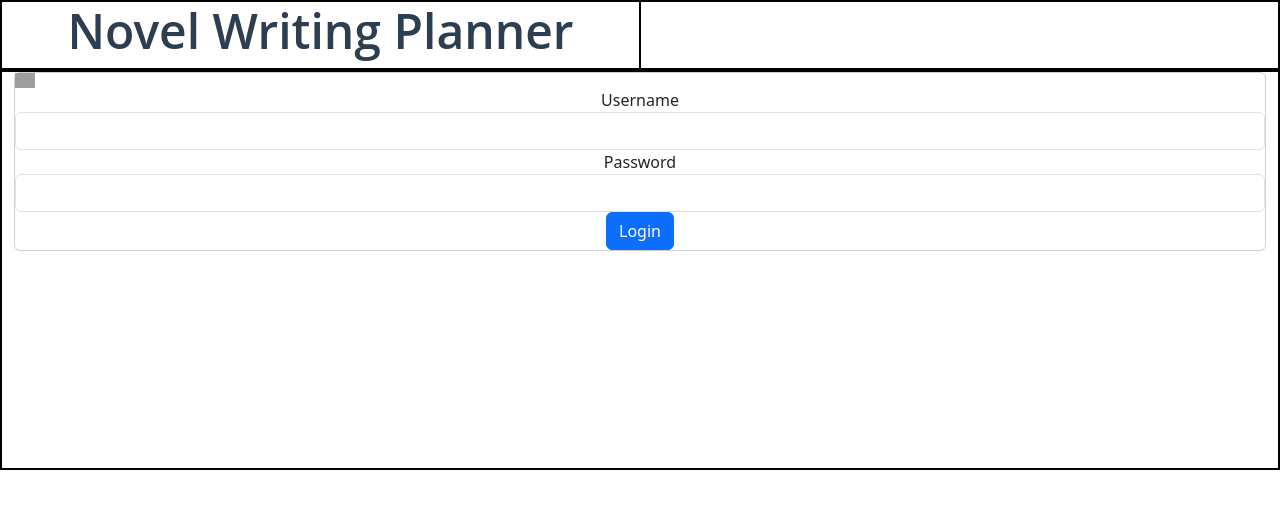
Repository: GossipCoco/RallyeBookV2
Page: /login
The author's editor kept a copy of each file at every save. The page is drawn from the files as they stood at one save, then again after the next save.
The browser window is 1280 px wide. The pictures show the whole page.
Pictures or frames that could not be fetched are drawn as grey boxes. The project was rebuilt for these pictures with package versions that can differ from the ones it lists, and the page was loaded fresh each time. Also part of the build but not shown: vue.config.js, src/Services/auth-header.js, src/Services/user.service.js, src/components/PageComponent/Home.vue.

Above is the page before, as saved 2023-12-11 15:35:40.

After the next save:
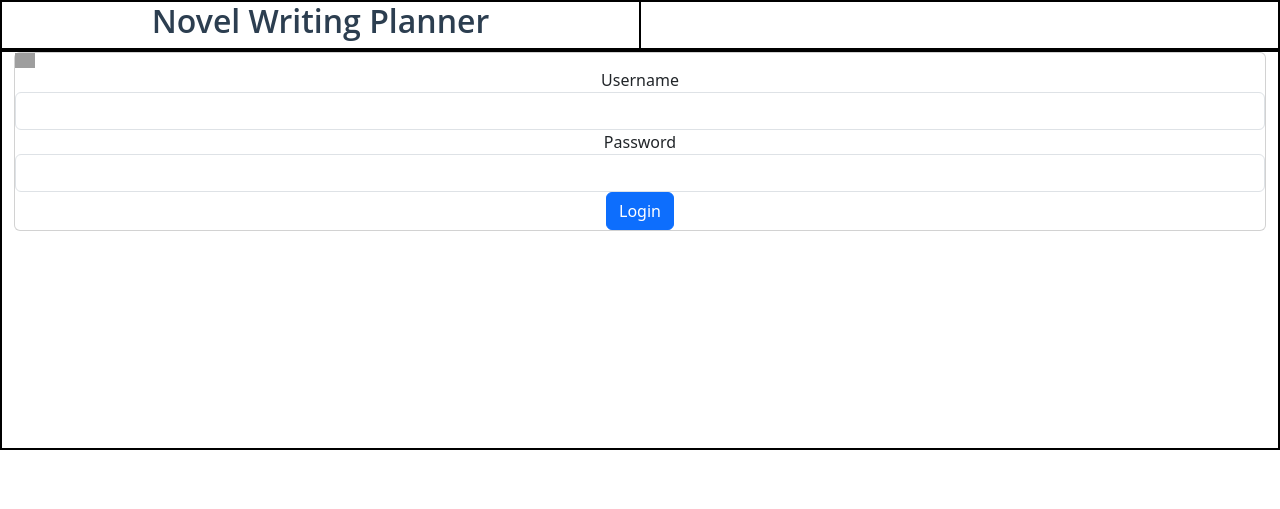
Saved 6 s later.
--- a/src/assets/css/Layout.css
+++ b/src/assets/css/Layout.css
@@ -22,7 +22,7 @@ body {
 h1{
     font-family: var(--opensans-text);
     font-weight: 600;
-    font-size: 3rem;
+    font-size: 2rem;
 }
 .row, .col,
 .col-1, .col-2, .col-3, .col-4, .col-5, .col-6, .col-7, .col-8, .col-9, .col-10, .col-11, .col-12{
